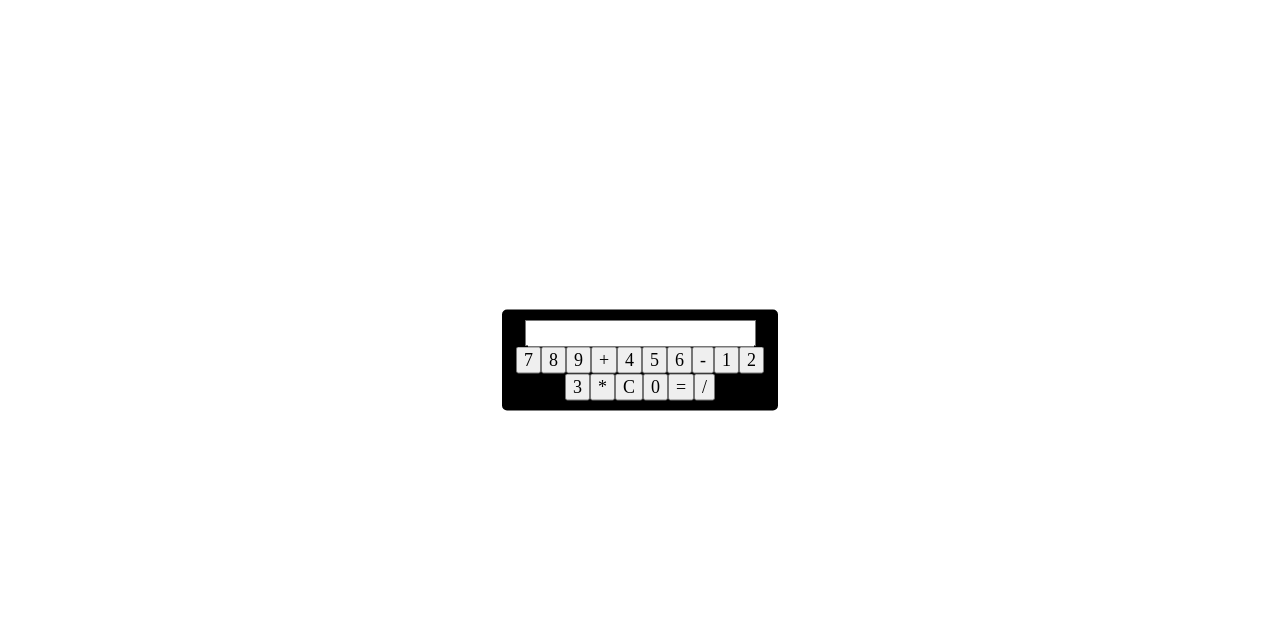
Repository: rajratangm/xcalculator
Page: /
These files come from the project's save history. The page is drawn as it stood at one moment and after the next save; the edit follows.
The browser window is 1280 px wide. The pictures show the whole page.
The project was rebuilt for these pictures with package versions that can differ from the ones it lists, and the page was loaded fresh each time. Also part of the build but not shown: vite.config.js.

Above is the page before, as saved 2024-04-03 11:06:42.

### src/App.js
import logo from './logo.svg';
import './App.css';
import { useState } from 'react';

function App() {
  const [result, setResult]= useState('')
  return (
    <>
    <div className='container'>
      <form>
        <input type='text' value={result}/>
      </form>
      <div className='keypad'>
        <button>7</button>
        <button>8</button>
        <button>9</button>
        <button>+</button>

        <button>4</button>
        <button>5</button>
        <button>6</button>
        <button>-</button>

        <button>1</button>
        <button>2</button>
        <button>3</button>
        <button>*</button>

        <button>C</button>
        <button>0</button>
        <button>=</button>
        <button>/</button>

      </div>
    </div>

    </>
  );
}

export default App;

### src/App.css
*{
  font-family: 'Robot', 'sans-serif';
  font-size: 18px;

}

body{
  display: flex;
  justify-content: center;
  align-items:center;

}

.container{
  top:50%;
  left: 50%;
  position:absolute;
  transform: translate(-50%,-50%);
  margin:0 auto;
  width: 256px;
  text-align: center;
  border: 10px solid black;
  background-color: black;
  border-radius: 5px;
}

.keypad{
  di
}

Loaded but not shown: public/index.html (common file); src/index.js (common file); src/index.css (common file); src/reportWebVitals.js (common file)

After the next save:
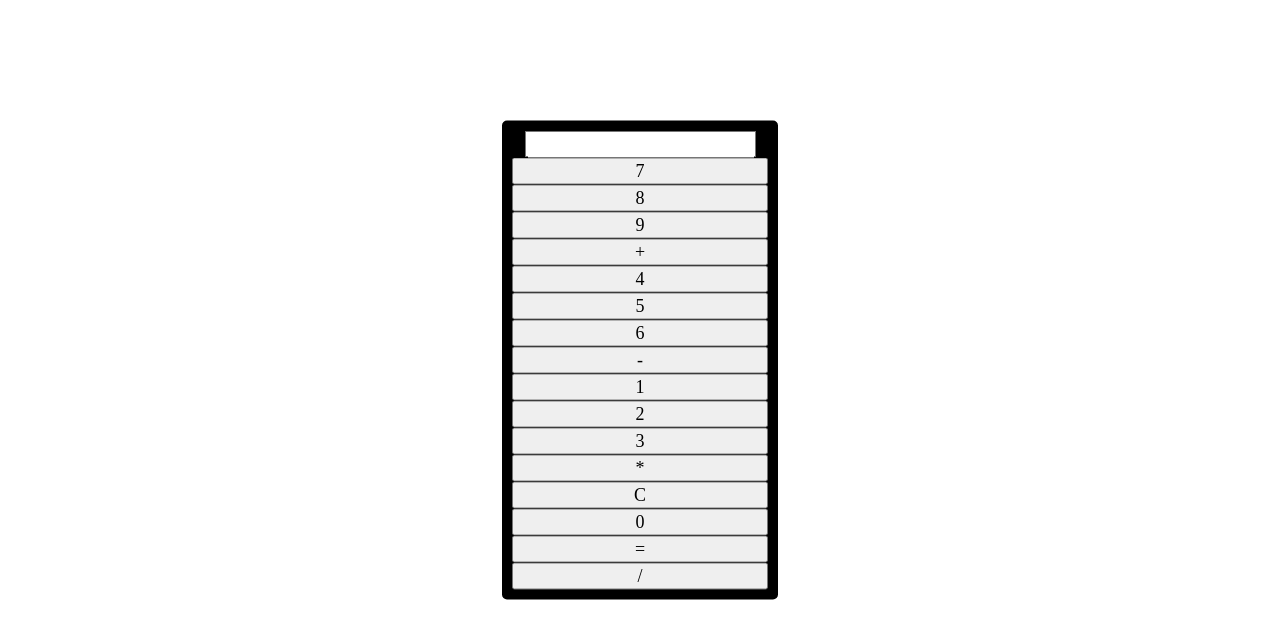
Saved 7 s later.
--- a/src/App.css
+++ b/src/App.css
@@ -25,5 +25,6 @@ body{
 }
 
 .keypad{
-  di
+  display: grid;
+
 }
